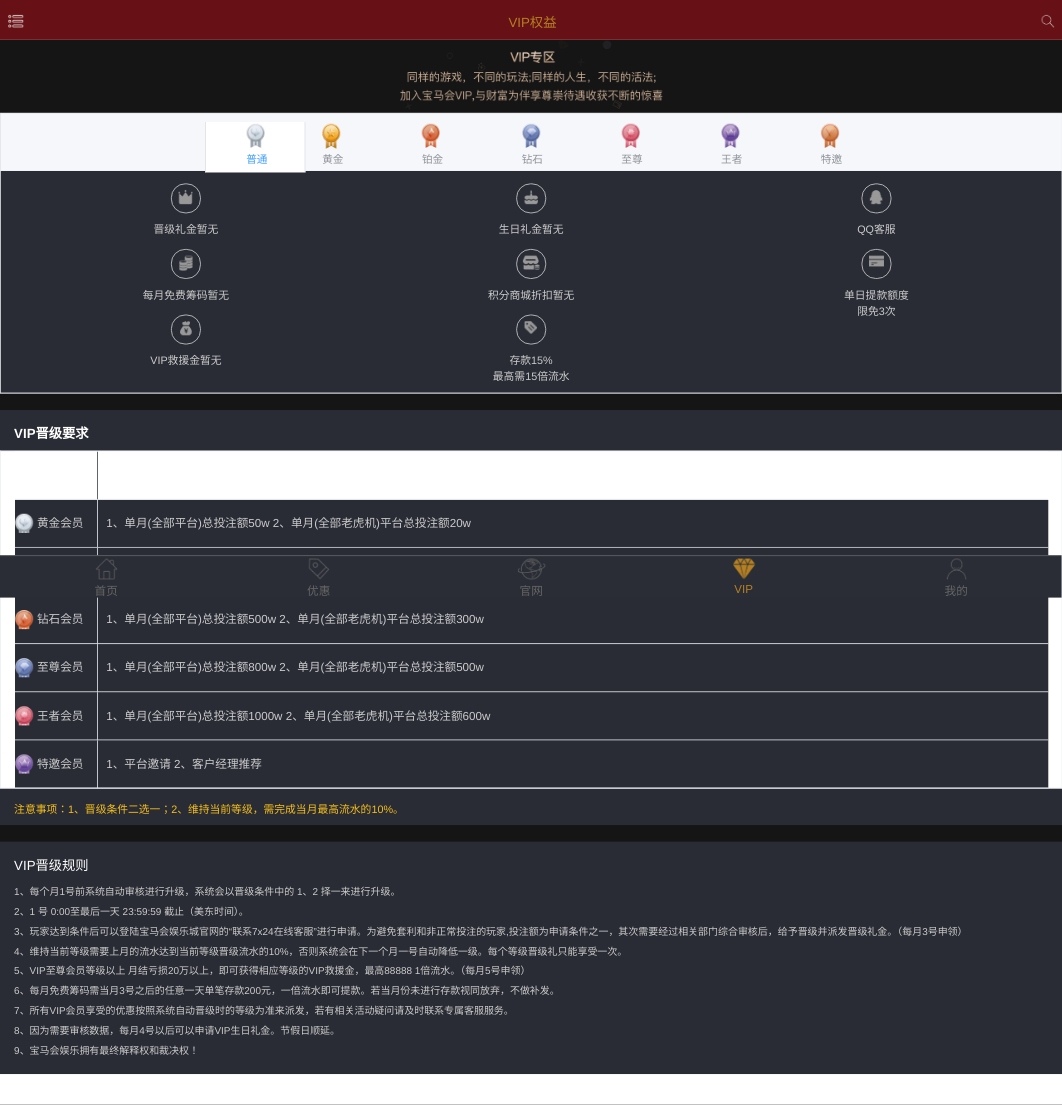
Repository: ada6688/IntegralMall
Page: /Vip
An editor plug-in stored every save of this project. The page is shown before and after the next save, followed by the edit.
The browser window is 1280 px wide. The pictures show the whole page, at 83% of full size.
The project was rebuilt for these pictures with package versions that can differ from the ones it lists, and the page was loaded fresh each time. Also part of the build but not shown: src/components/common/Topnav.vue, src/components/page/notice.vue, src/components/page/MainNav.vue, src/components/page/Member.vue, src/components/page/Youhui.vue, src/router/index.js.

Above is the page before, as saved 2020-01-02 20:02:18.

After the next save:
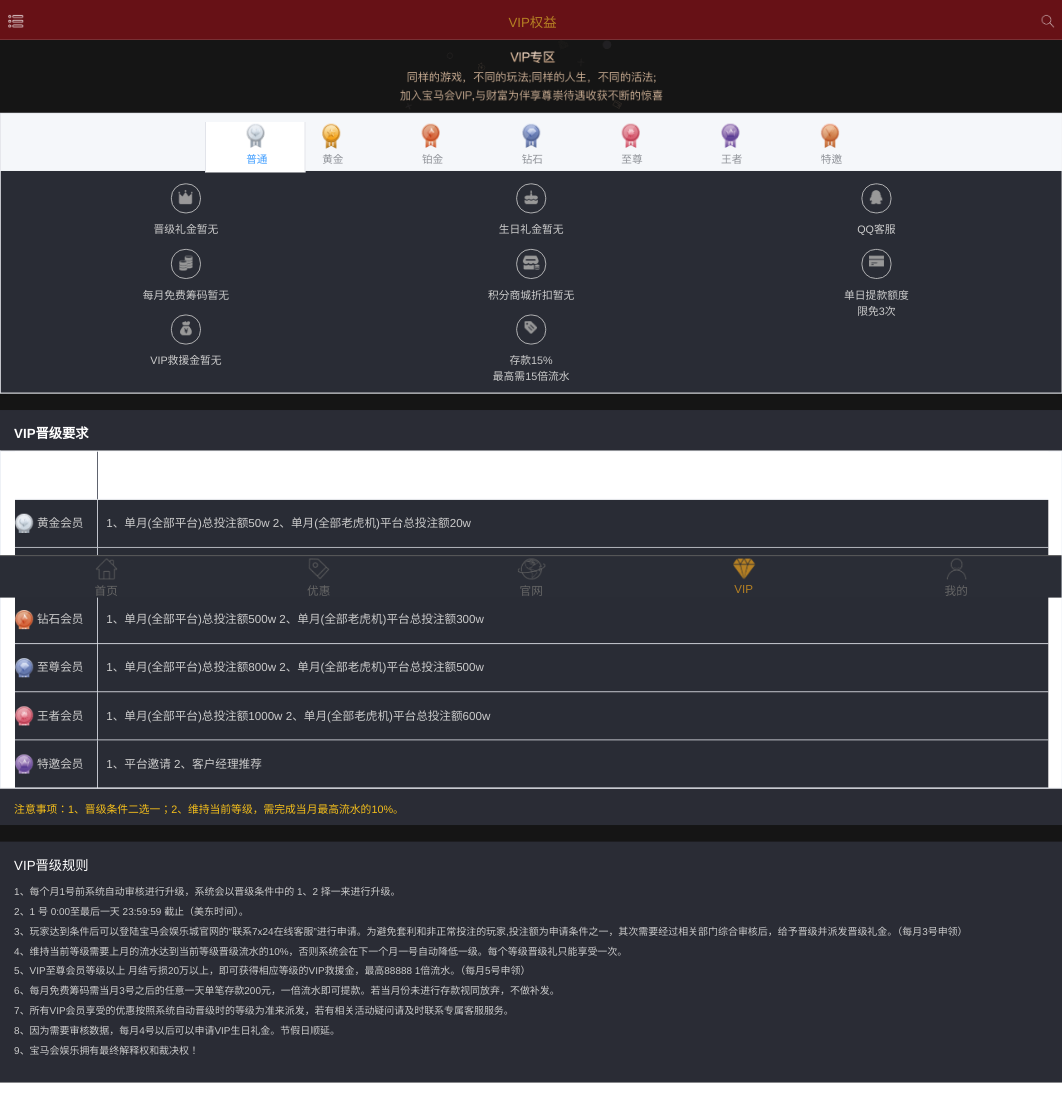
Saved 82 s later.
--- a/src/assets/css/index.css
+++ b/src/assets/css/index.css
@@ -112,3 +112,6 @@
   line-height: 24px;
   /* margin-top: 5px; */
 }
+.level-rules-wrap p:last-child{
+  margin-bottom: 10px;
+}
